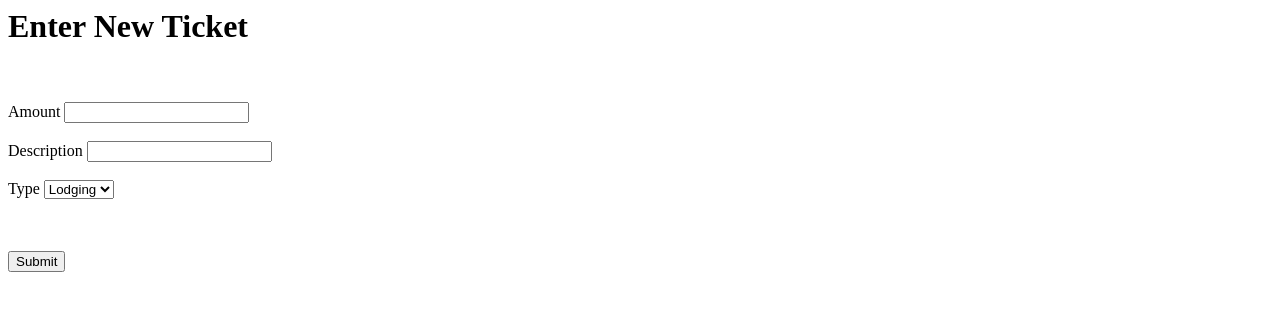
Repository: Sadiki/Expense_Reimbursement_System
Page: Ers_Project/src/main/webapp/partials/new_ticket.html
The author's editor kept a copy of each file at every save. The page is drawn from the files as they stood at one save, then again after the next save.
The browser window is 1280 px wide. The pictures show the whole page.

Above is the page before, as saved 2018-11-07 05:03:52.

After the next save:
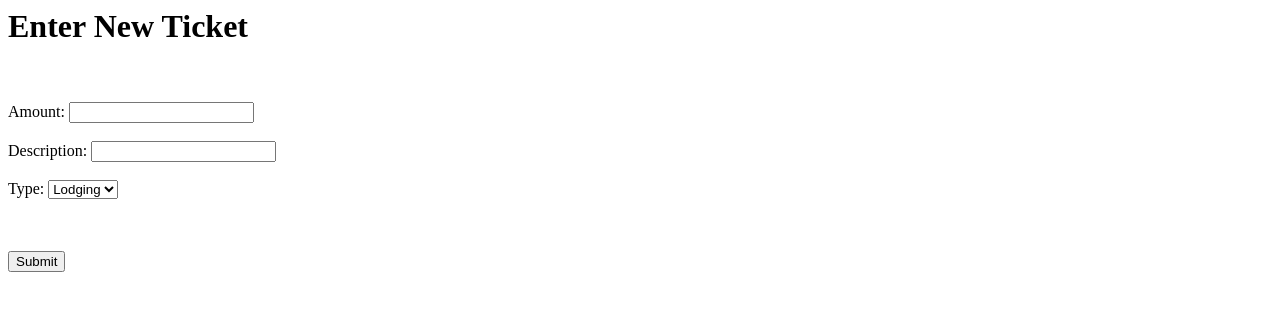
Saved 22 s later.
--- a/Ers_Project/src/main/webapp/partials/new_ticket.html
+++ b/Ers_Project/src/main/webapp/partials/new_ticket.html
@@ -4,15 +4,15 @@
     <br>
        <br/>
     <form>
-        Amount
+        Amount:
         <input id='amount'>
         <br/>
            <br/>
-        Description
+        Description:
         <input id='description'>
         <br/>
            <br/>
-        Type
+        Type:
         <select id='type'>
             <option>Lodging</option>
             <option>Travel</option>
